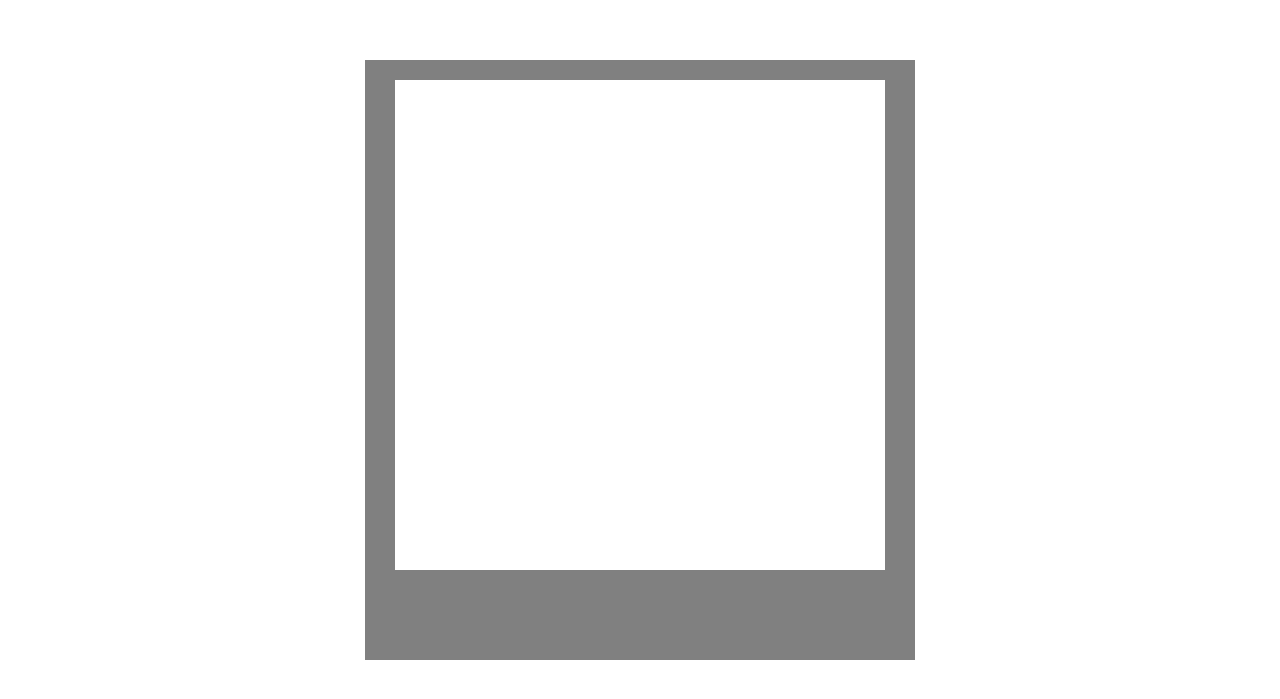
Repository: Sarah7223/internet-programming-tp
Page: TP2/TP02.3.html
These files come from the project's save history. The page is drawn as it stood at one moment and after the next save; the edit follows.
The browser window is 1280 px wide. The pictures show the whole page.

Above is the page before, as saved 2023-01-14 11:26:47.

After the next save:
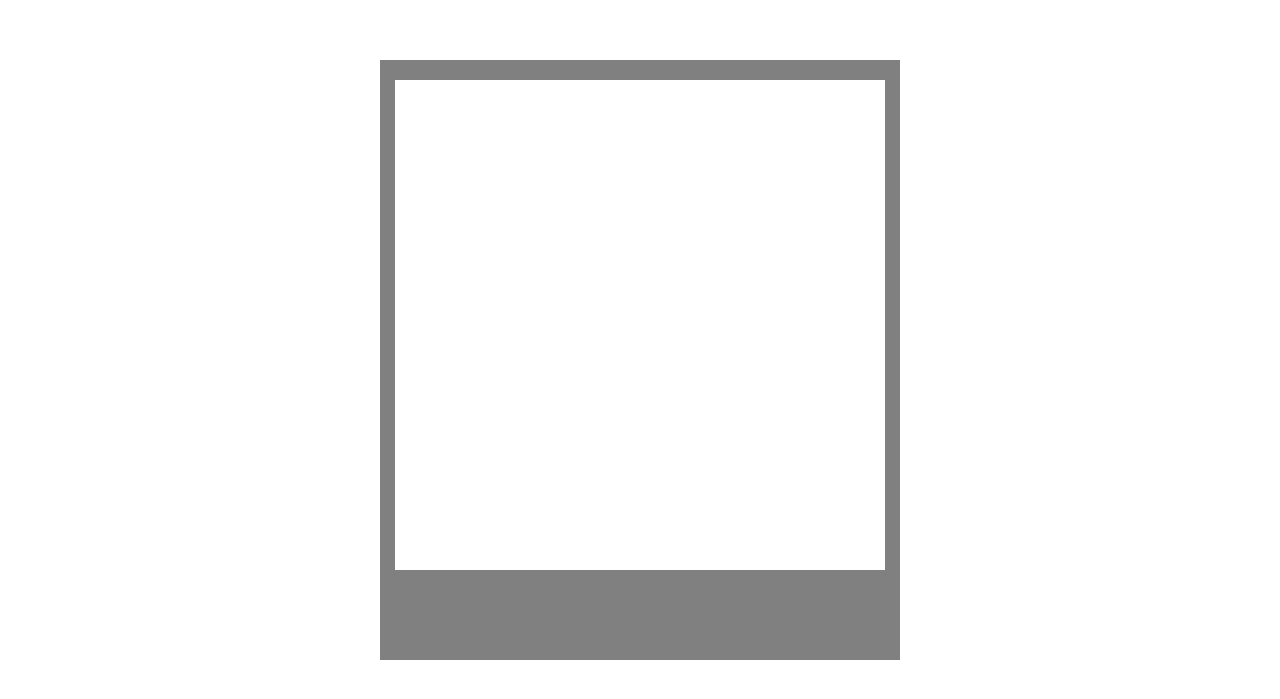
Saved 5 s later.
--- a/TP2/TP02.3.html
+++ b/TP2/TP02.3.html
@@ -11,7 +11,7 @@
         }
         .grey-rectangle{
             height: 600px;
-            width: 550px;
+            width: 520px;
             display :flex;
             background-color: grey;
             direction: column;
